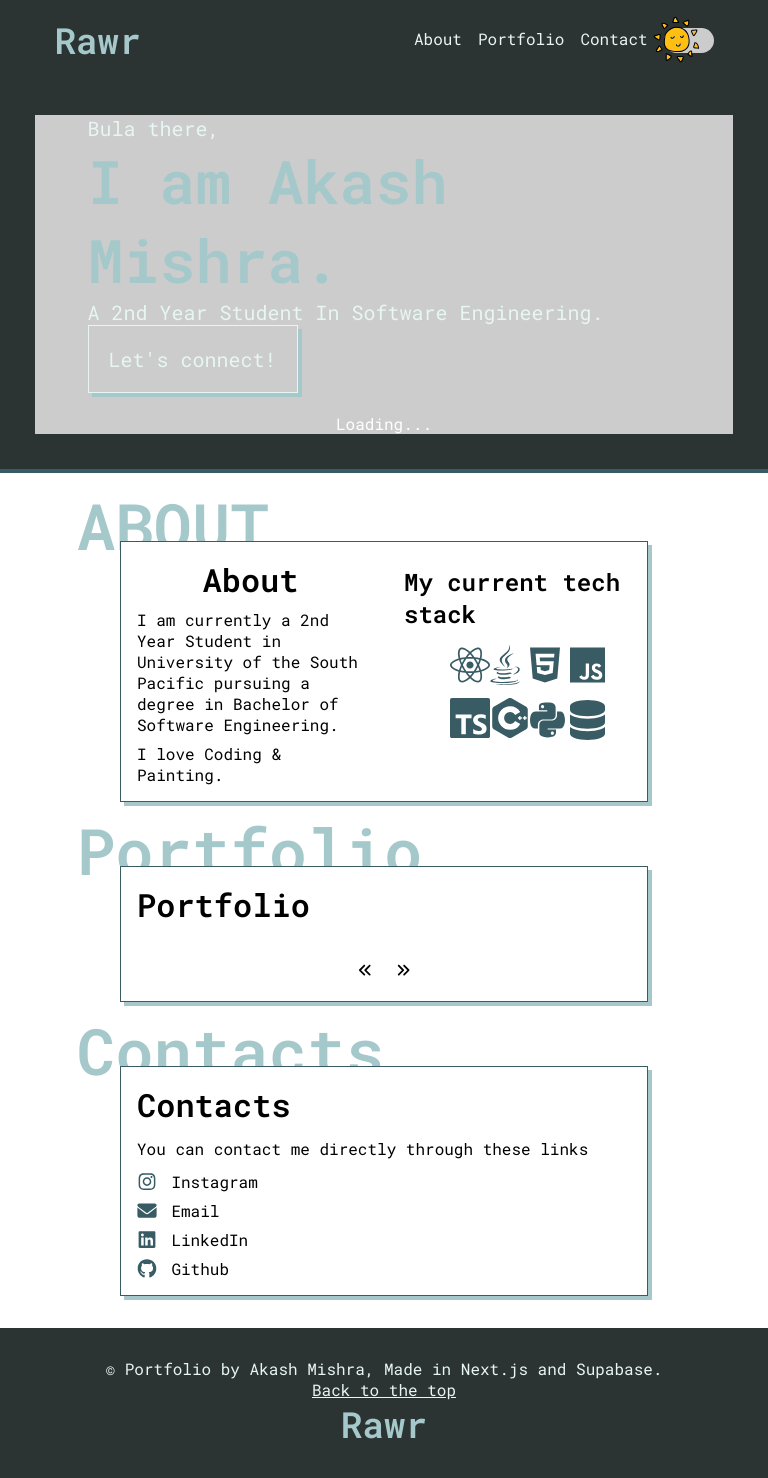
Repository: akashrawr/personal-portfolio
Page: /
These files come from the project's save history. The page is drawn as it stood at one moment and after the next save; the edit follows.
The browser window is 768 px wide. The pictures show the whole page.
The page's requests for data from a server got no answer. The project was rebuilt for these pictures with package versions that can differ from the ones it lists, and the page was loaded fresh each time. The framework's server and built-in components were replaced by stand-ins that run in the browser. No one was signed in, and anything a server would have sent is missing. Also part of the build but not shown: next.config.ts.

Above is the page before, as saved 2025-01-03 20:48:49.

After the next save:
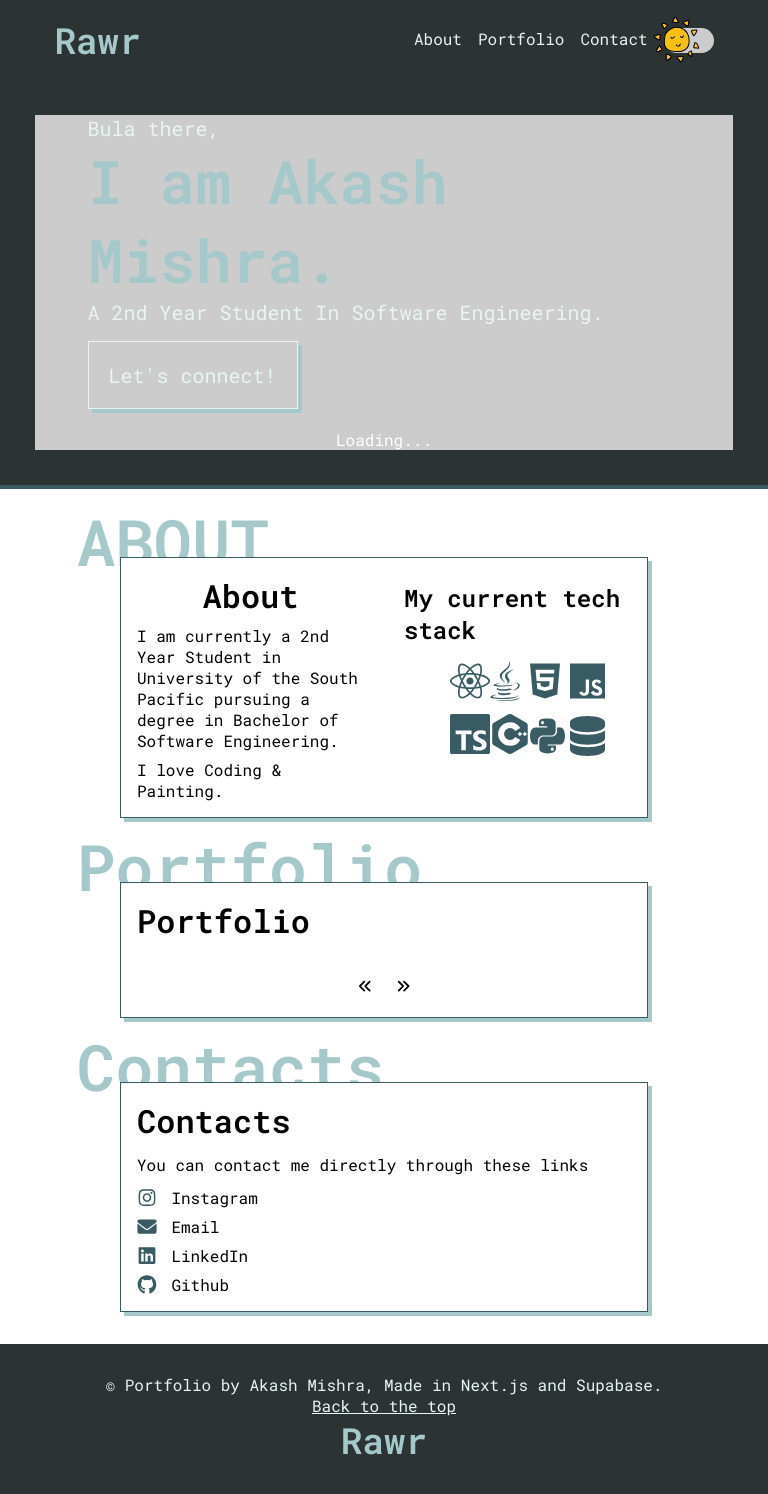
Saved 8 s later.
--- a/app/globals.css
+++ b/app/globals.css
@@ -315,7 +315,6 @@ color:white;
     max-width: 85%;
     height: auto;
     padding: 0;
-    gap: 0;
     margin: 0 auto;
   }
   .hero-text-container {
